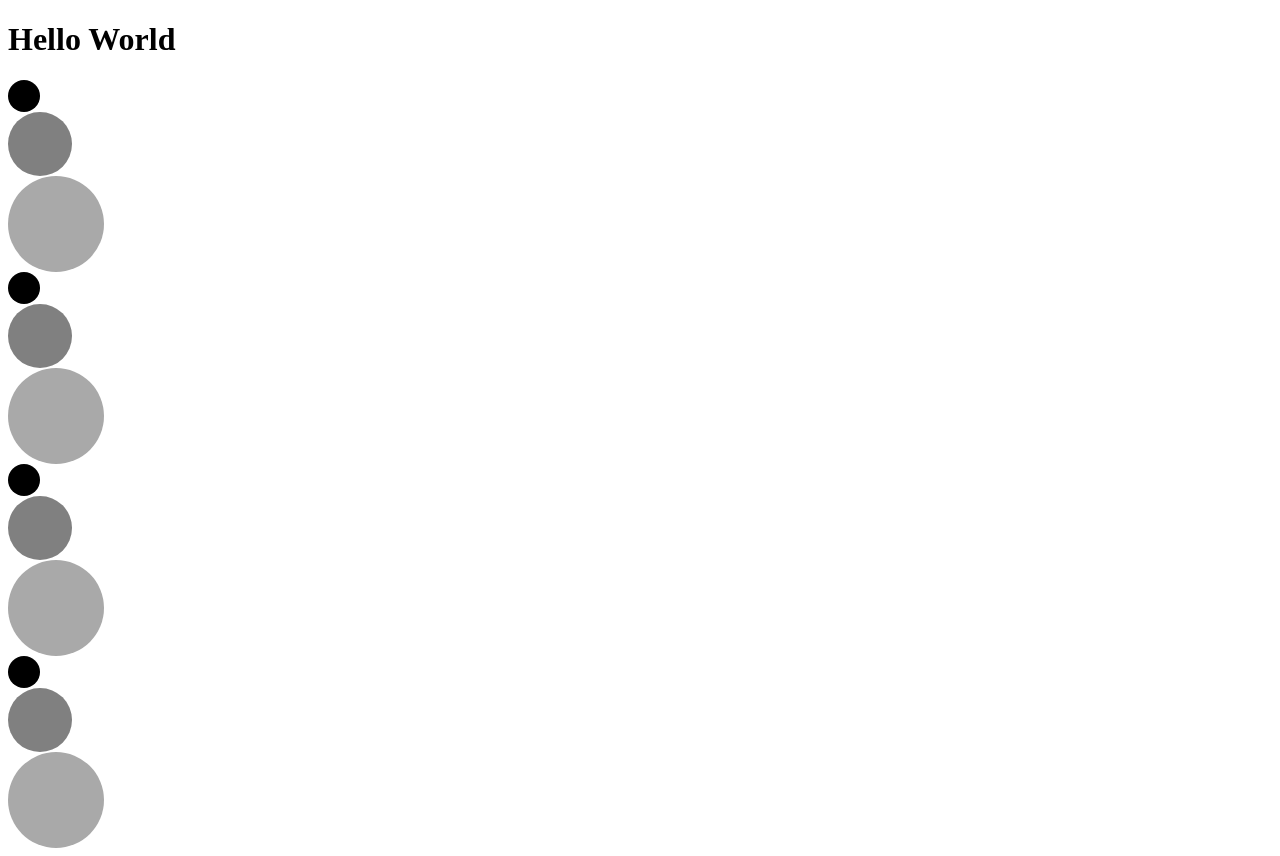
Repository: sarahlochhead/css-demo
Page: index.html
These files come from the project's save history. The page is drawn as it stood at one moment and after a run of saves; the edit follows.
The browser window is 1280 px wide. The pictures show the whole page.

Above is the page before, as saved 2023-04-28 12:29:16.

After the next 2 saves:
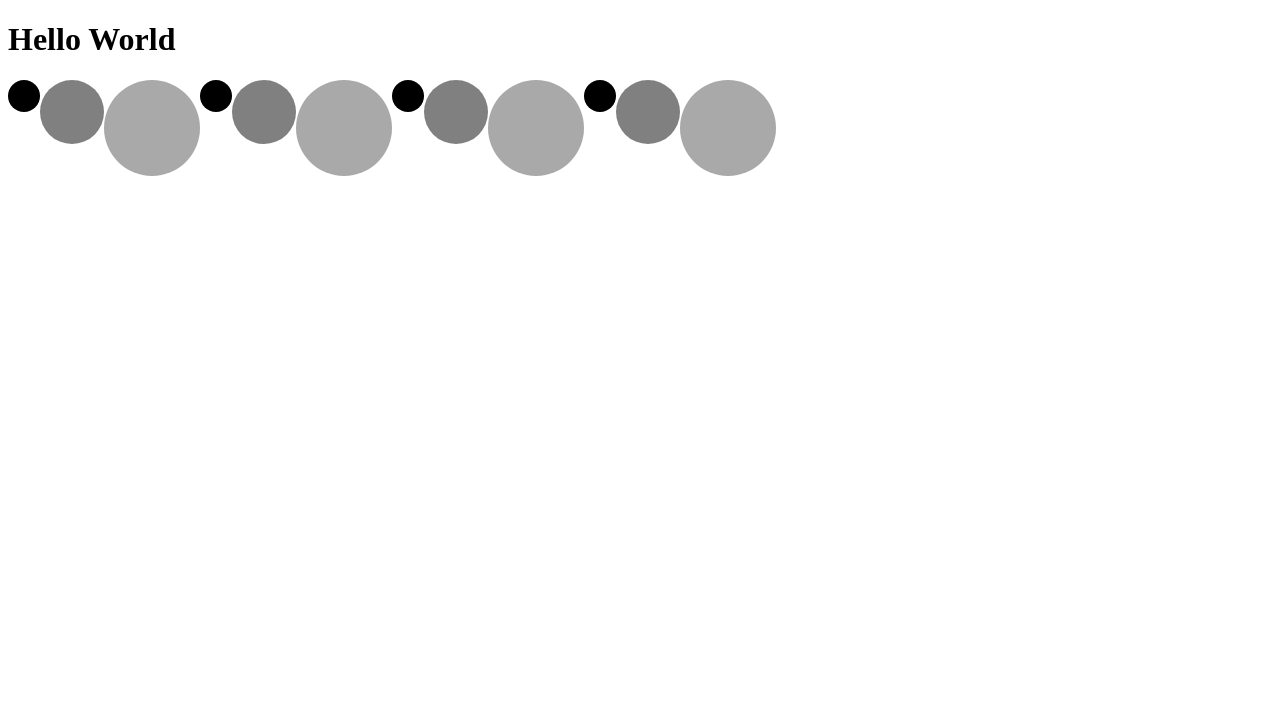
The 2 saves are shown as one change because they came seconds apart.
The last was saved 7 s later.
--- a/styles.css
+++ b/styles.css
@@ -6,7 +6,8 @@
     font-size: 5rem;
     margin: 0 auto;
 } */
-.row{
+.row {
+    display: flex;
 
 }
 
